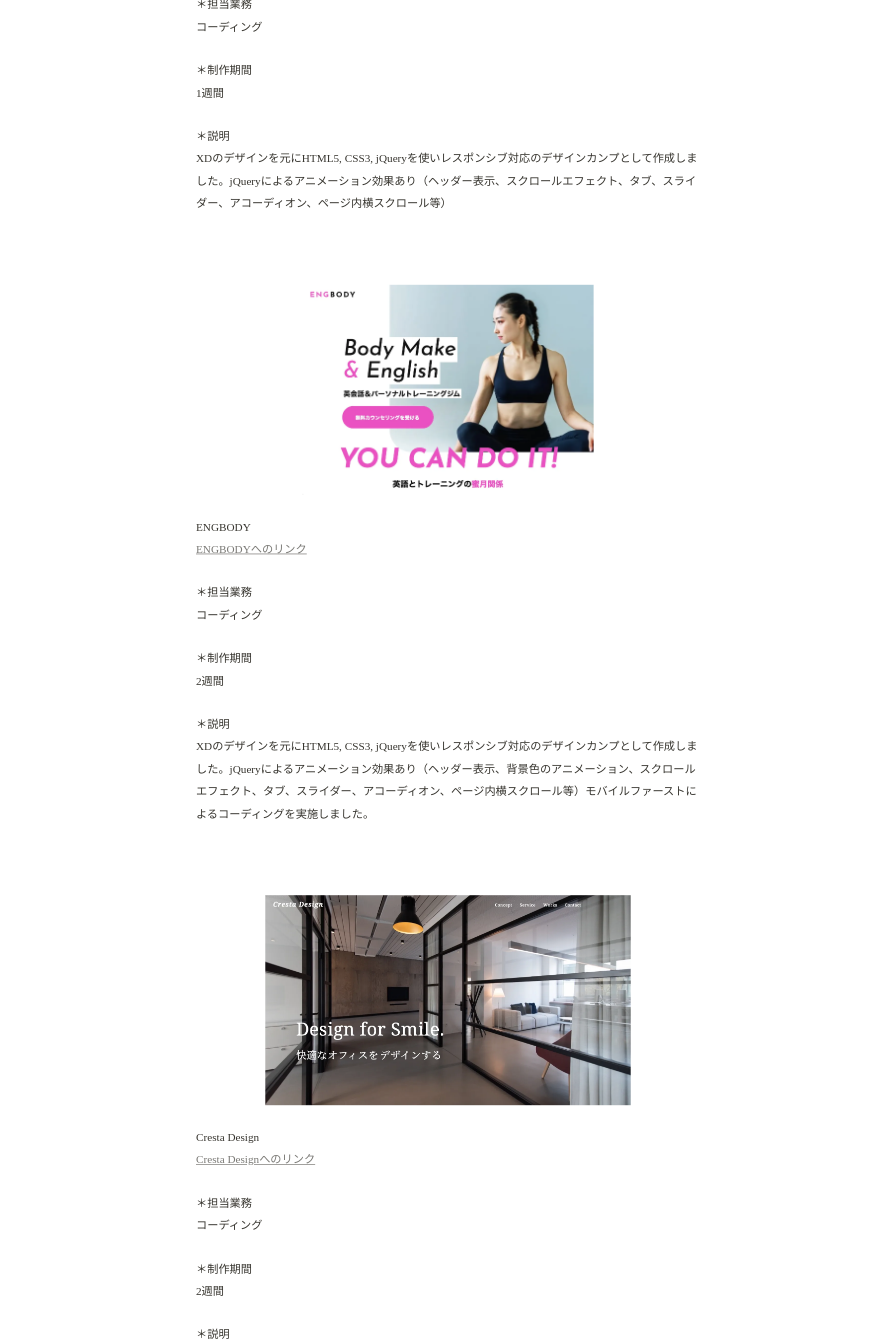
Repository: tetishi/my-portfolio
Page: index.html
These files come from the project's save history. The page is drawn as it stood at one moment and after the next save; the edit follows.
The browser window is 1280 px wide. The pictures show the part of the page from y = 1007 to 2927 px (the page is 7357 px tall before and 7325 px after), at 70% of full size.
The style sheet was rebuilt from its Sass, Less or Tailwind sources for each picture, by a compiler version that may differ from the author's.

Above is the page before, as saved 2023-09-01 13:13:44.

After the next save:
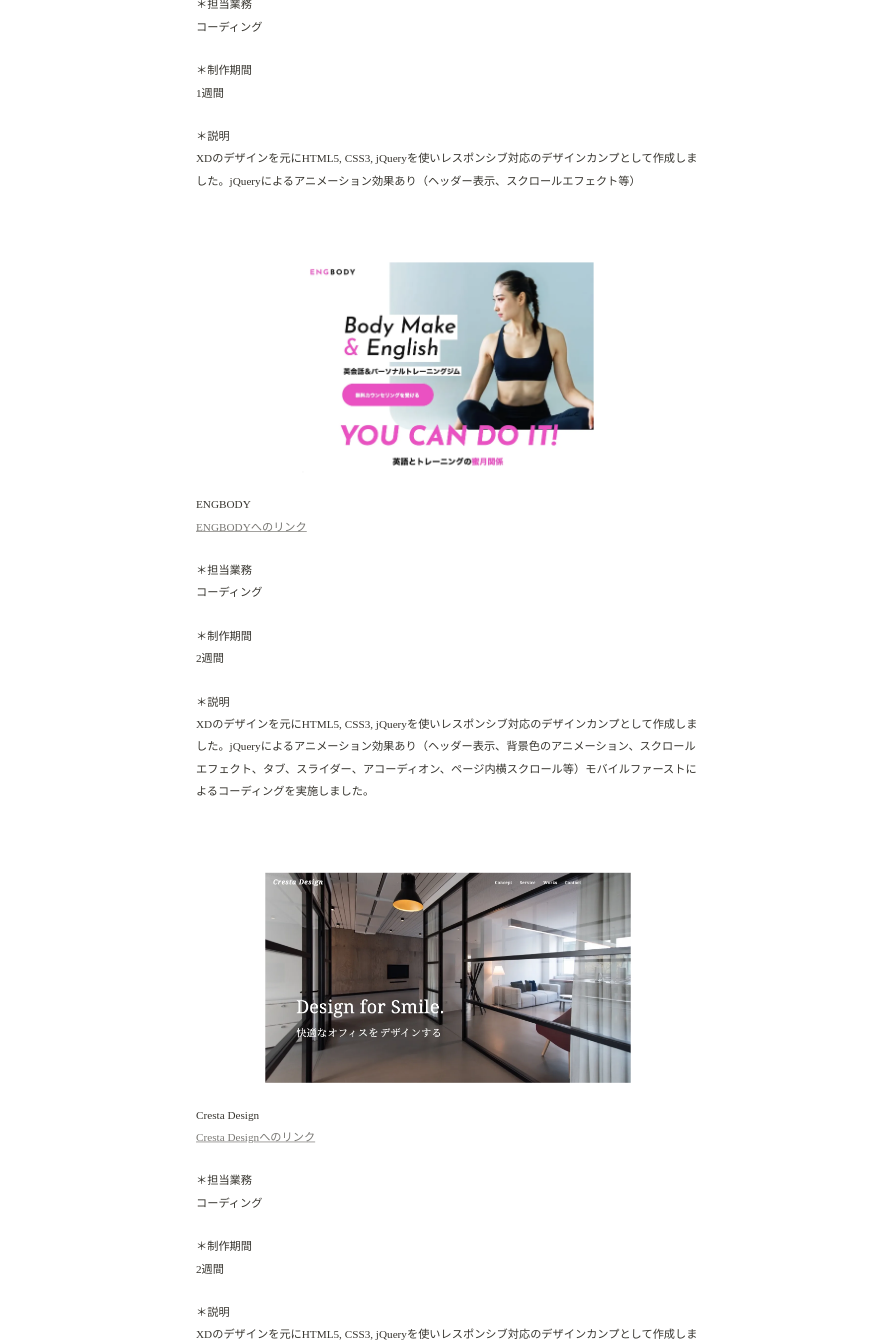
Saved 11 s later.
--- a/index.html
+++ b/index.html
@@ -56,7 +56,7 @@
                 <p>1週間</p>
                 <p class="details">＊説明</p>
                 <!-- ここ記入 -->
-                <p>XDのデザインを元にHTML5, CSS3, jQueryを使いレスポンシブ対応のデザインカンプとして作成しました。jQueryによるアニメーション効果あり（ヘッダー表示、スクロールエフェクト、タブ、スライダー、アコーディオン、ページ内横スクロール等）</p>
+                <p>XDのデザインを元にHTML5, CSS3, jQueryを使いレスポンシブ対応のデザインカンプとして作成しました。jQueryによるアニメーション効果あり（ヘッダー表示、スクロールエフェクト等）</p>
             </div>
 
             <!-- １作品目 -->

After the save that followed:
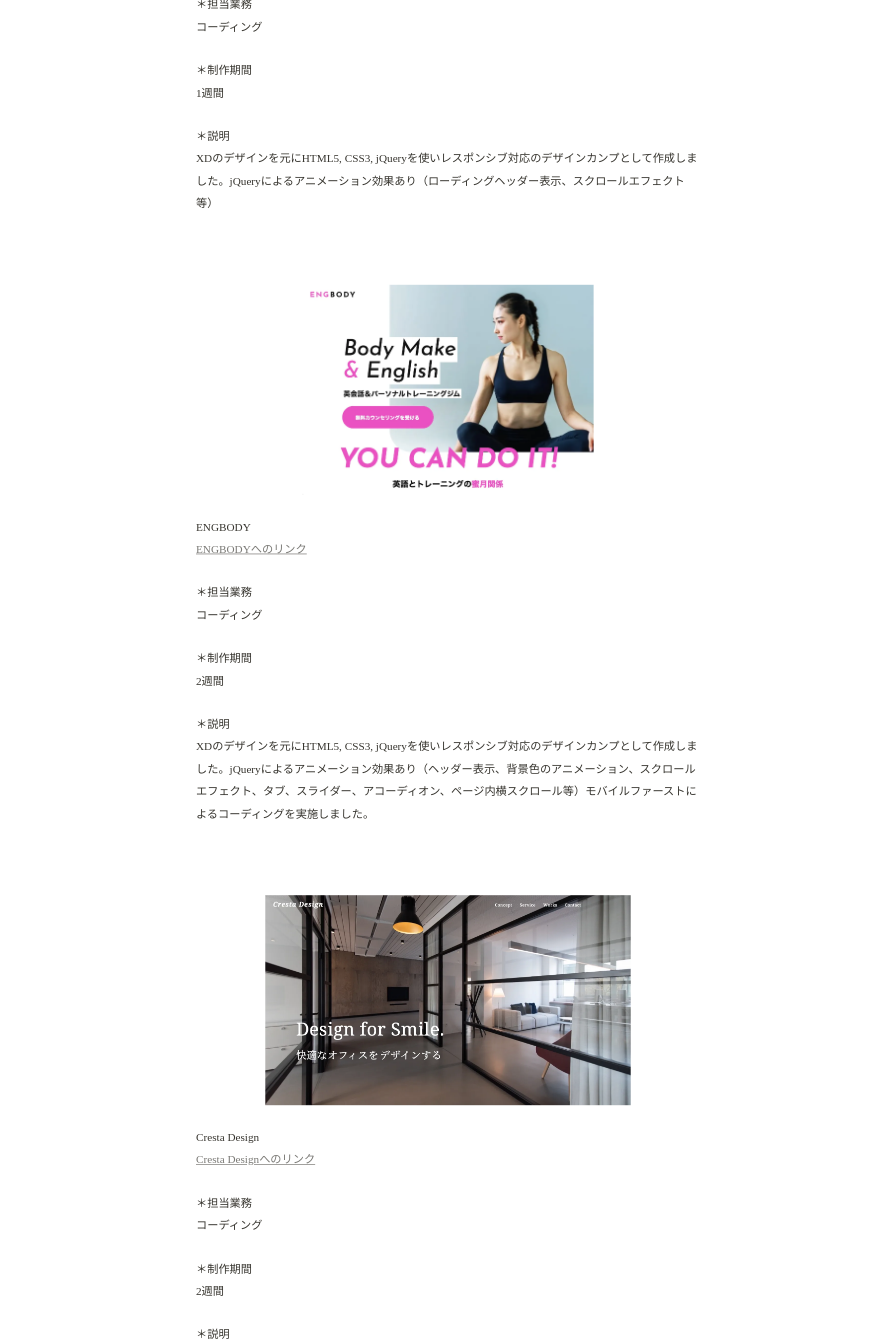
Saved 41 s later.
--- a/index.html
+++ b/index.html
@@ -56,7 +56,7 @@
                 <p>1週間</p>
                 <p class="details">＊説明</p>
                 <!-- ここ記入 -->
-                <p>XDのデザインを元にHTML5, CSS3, jQueryを使いレスポンシブ対応のデザインカンプとして作成しました。jQueryによるアニメーション効果あり（ヘッダー表示、スクロールエフェクト等）</p>
+                <p>XDのデザインを元にHTML5, CSS3, jQueryを使いレスポンシブ対応のデザインカンプとして作成しました。jQueryによるアニメーション効果あり（ローディングヘッダー表示、スクロールエフェクト等）</p>
             </div>
 
             <!-- １作品目 -->
